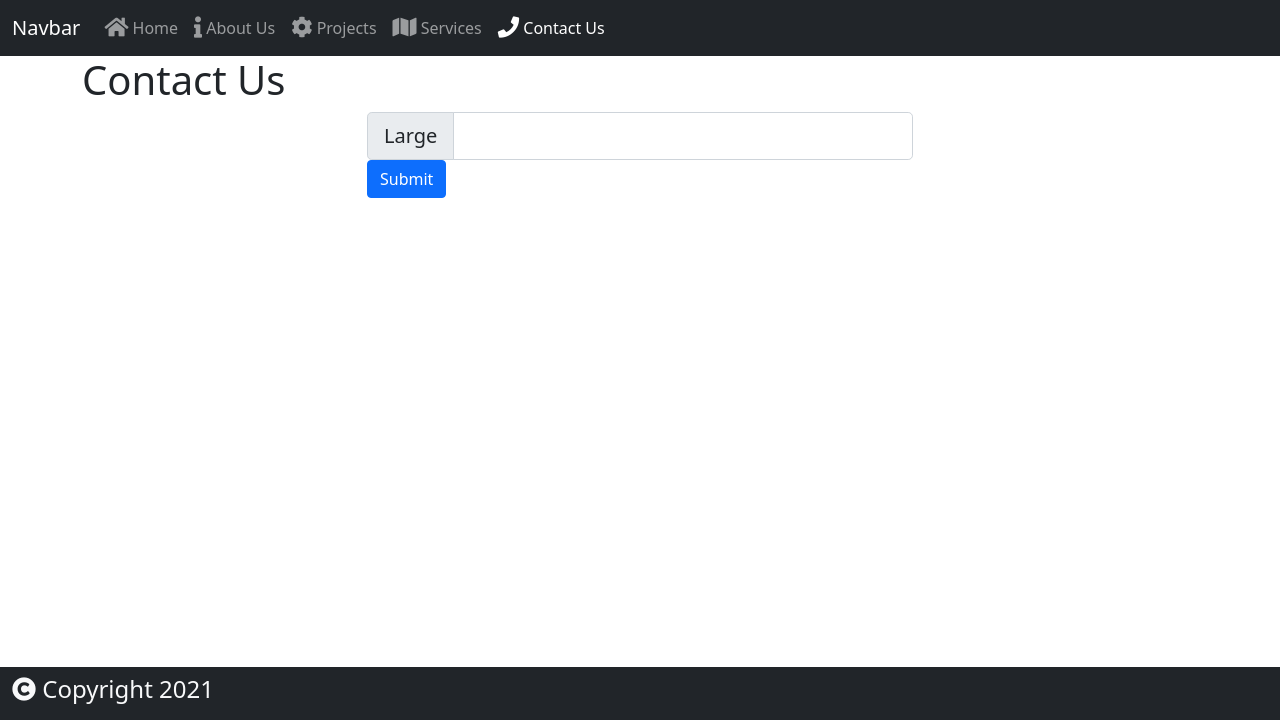
Repository: CKM206/WEBD6201-W2021---ICE1
Page: contact.html
The author's editor kept a copy of each file at every save. The page is drawn from the files as they stood at one save, then again after the next save.
The browser window is 1280 px wide. The pictures show the whole page.

Above is the page before, as saved 2021-01-21 09:26:03.

After the next save:
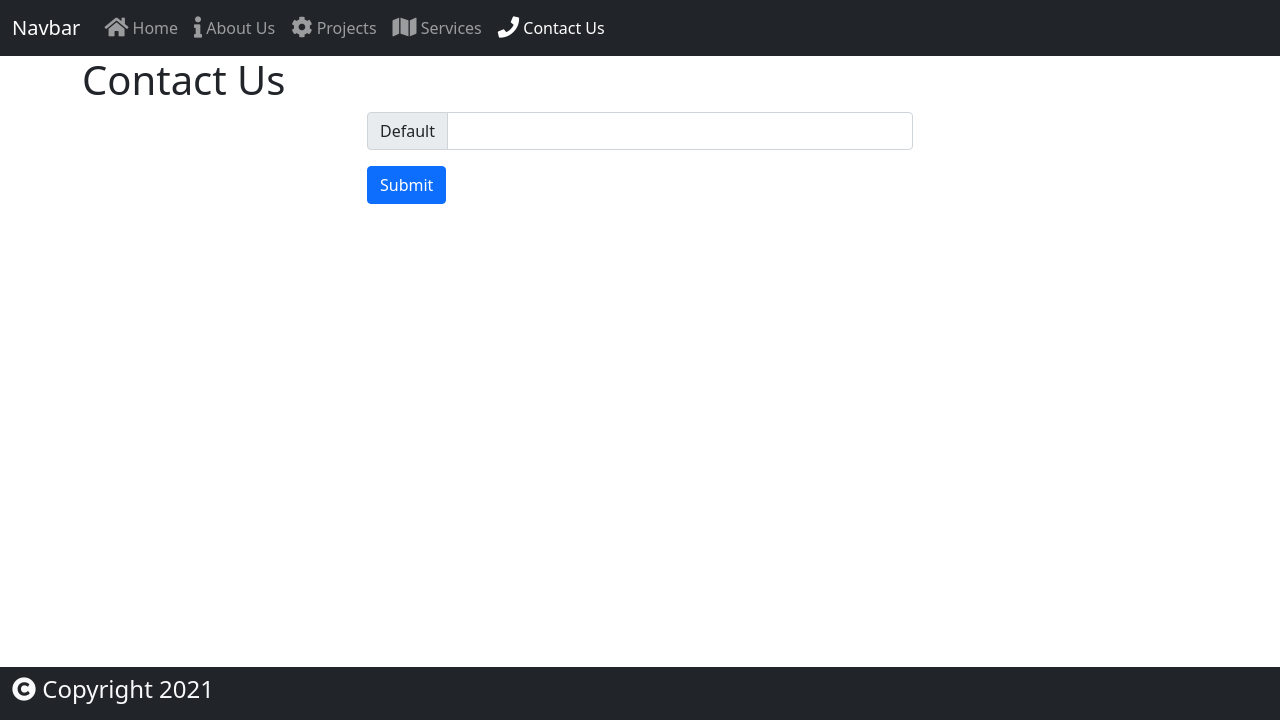
Saved 20 s later.
--- a/contact.html
+++ b/contact.html
@@ -52,9 +52,9 @@
 
       <div class="row justify-content-lg-center">
         <form class="col-lg-6 col-md-8 col-sm-10">
-          <div class="input-group input-group-lg">
-            <span class="input-group-text" id="inputGroup-sizing-lg">Large</span>
-            <input type="text" class="form-control" aria-label="Sizing example input" aria-describedby="inputGroup-sizing-lg">
+          <div class="input-group mb-3">
+            <span class="input-group-text" id="inputGroup-sizing-default">Default</span>
+            <input type="text" class="form-control" aria-label="Sizing example input" aria-describedby="inputGroup-sizing-default">
           </div>
           <button type="submit" class="btn btn-primary">Submit</button>
         </form>
